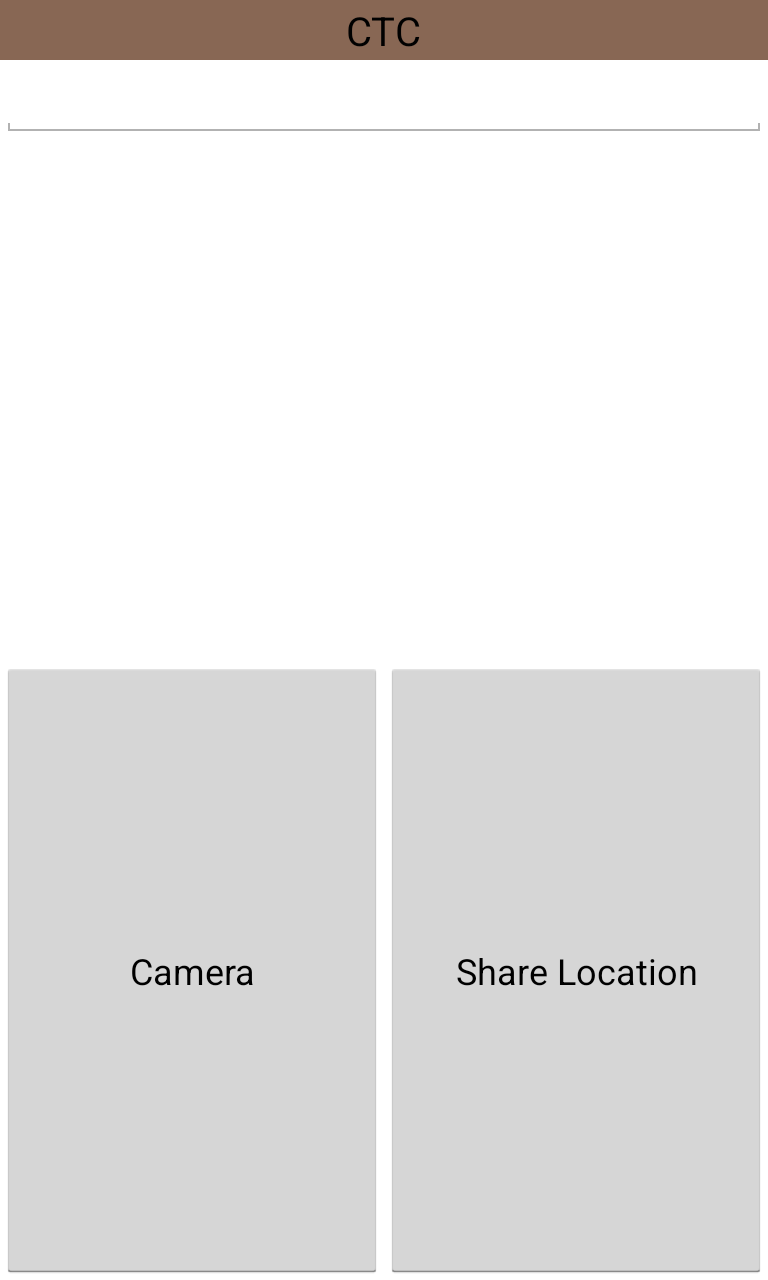
Repository: nilasissen/CTC
Layout: dev/CTC/res/layout/activity_emergencyalert.xml
These files come from the project's save history. The layout is drawn as it stood at one moment and after the next save; the edit follows.
It is drawn on a 768 x 1280 px phone screen (xhdpi) without system bars, with theme AppTheme; the app's code is not run.

Above is the layout before, as saved 2015-02-10 11:21:37.

### dev/CTC/res/layout/activity_emergencyalert.xml
<?xml version="1.0" encoding="utf-8"?>
<FrameLayout xmlns:android="http://schemas.android.com/apk/res/android"
    android:layout_width="match_parent"
    android:layout_height="match_parent" >
<RelativeLayout
        android:layout_width="match_parent"
        android:layout_height="match_parent" >

        <LinearLayout
            android:id="@+id/header"
            android:layout_width="match_parent"
            android:layout_height="30dp"
            android:background="#886754"
            android:gravity="center"
            android:orientation="vertical" >

            <TextView
                android:layout_width="wrap_content"
                android:layout_height="wrap_content"
                android:layout_gravity="center"
                android:text="CTC"
                android:textColor="#000000"
                android:textSize="20dp" />
        </LinearLayout>

        <LinearLayout
            android:layout_width="match_parent"
            android:layout_height="match_parent"
            android:layout_below="@id/header"
            android:orientation="vertical"
            android:weightSum="2" >

            <LinearLayout
                android:layout_width="match_parent"
                android:layout_height="wrap_content"
                android:layout_weight="1"
                android:orientation="horizontal"
                android:weightSum="2" >

                <EditText
                    android:id="@+id/editText1"
                    android:layout_width="match_parent"
                    android:layout_height="wrap_content"
                    android:layout_weight="1"
             		android:ems="10"
                    android:inputType="textMultiLine">

                </EditText>
             </LinearLayout>

            <LinearLayout
                android:layout_width="match_parent"
                android:layout_height="wrap_content"
                android:layout_weight="1"
                android:orientation="horizontal"
                android:weightSum="2" >

                <Button
                    android:id="@+id/camera"
                    android:layout_width="fill_parent"
                    android:layout_height="fill_parent"
                    android:layout_weight="1"
                    android:text="Camera" />

                <Button
                    android:id="@+id/shareloc"
                    android:layout_width="fill_parent"
                    android:layout_height="fill_parent"
                    android:layout_weight="1"
                    android:text="Share Location" />
            </LinearLayout>
        </LinearLayout>
    </RelativeLayout>



</FrameLayout>

Loaded but not shown: dev/CTC/res/values/styles.xml (common file); dev/CTC/res/values-v11/styles.xml (common file); dev/CTC/res/values-v14/styles.xml (common file)

After the next save:
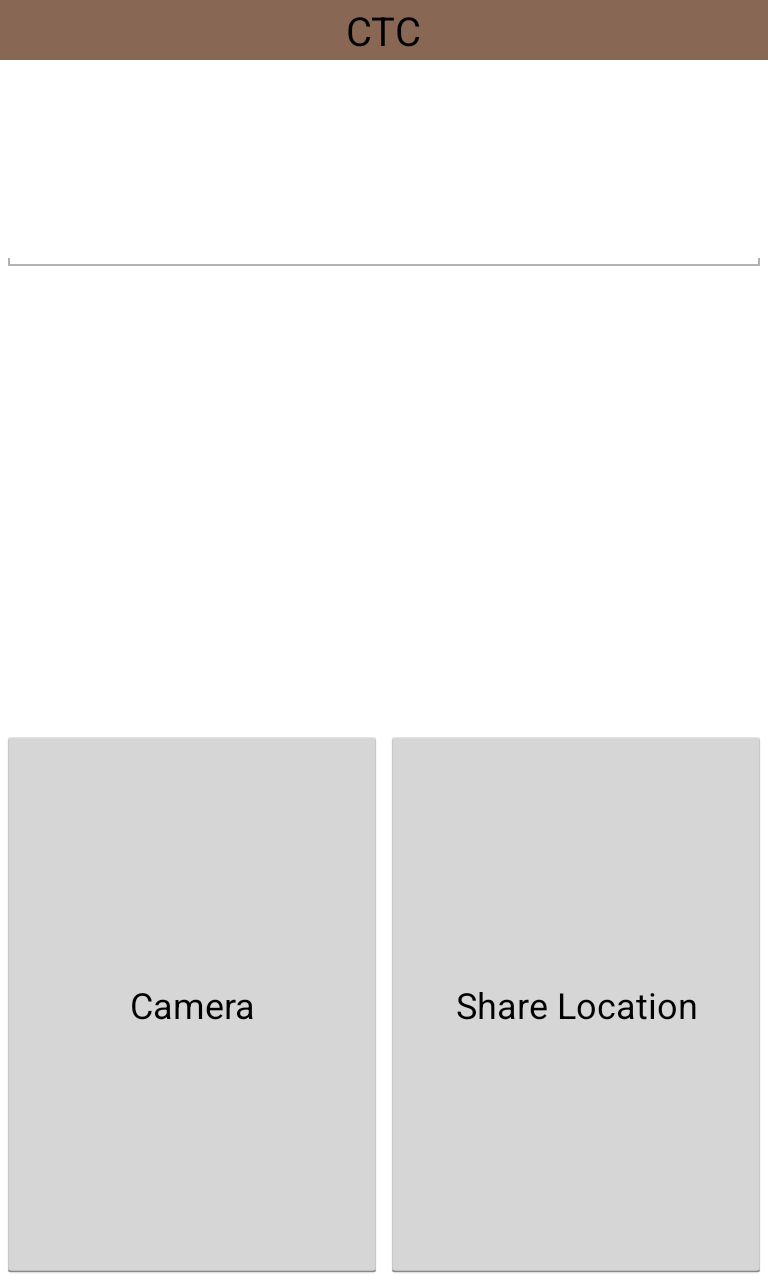
Saved 6 min 35 s later.
--- a/dev/CTC/res/layout/activity_emergencyalert.xml
+++ b/dev/CTC/res/layout/activity_emergencyalert.xml
@@ -40,10 +40,9 @@
                 <EditText
                     android:id="@+id/editText1"
                     android:layout_width="match_parent"
-                    android:layout_height="wrap_content"
-                    android:layout_weight="1"
-             		android:ems="10"
-                    android:inputType="textMultiLine">
+                    android:layout_height="107dp"
+                    android:ems="10"
+                    android:inputType="textMultiLine" >
 
                 </EditText>
              </LinearLayout>
